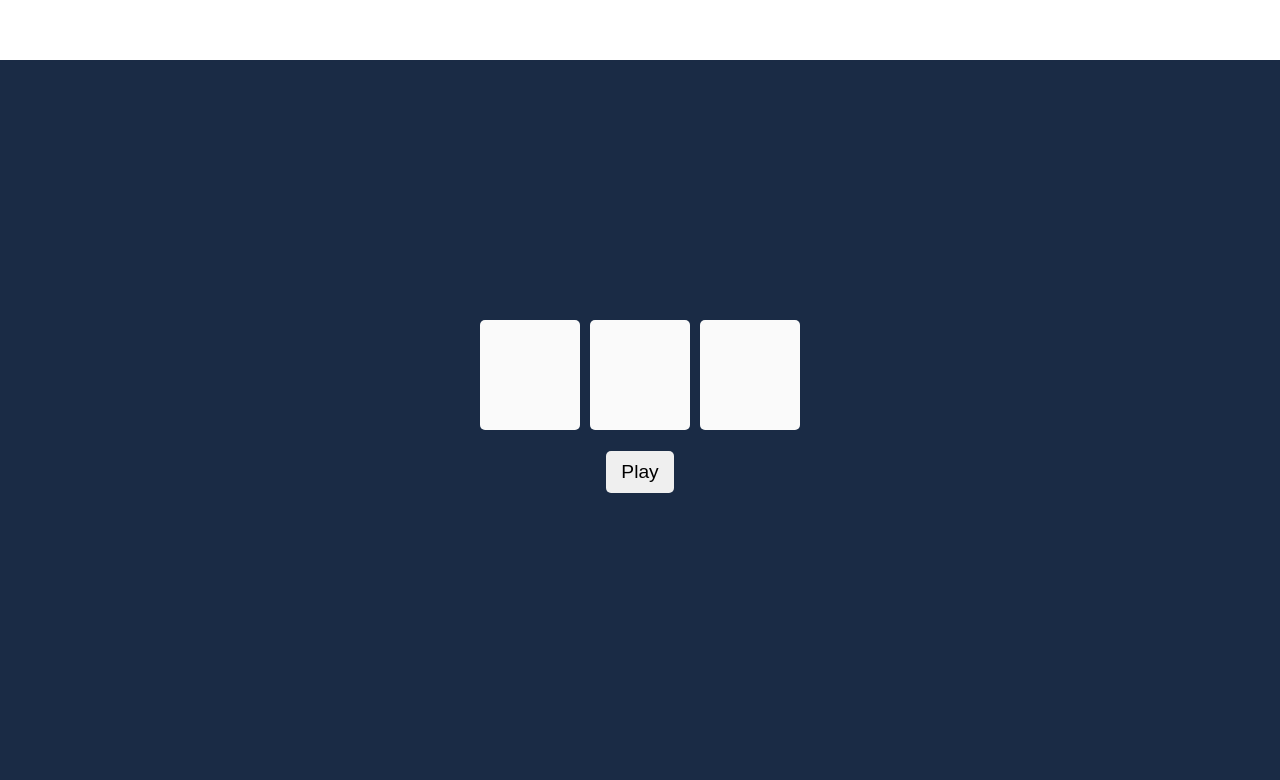
Repository: HERBOD7/slotmachine
Page: /
These files come from the project's save history. The page is drawn as it stood at one moment and after the next save; the edit follows.
The browser window is 1280 px wide. The pictures show the whole page.
The project was rebuilt for these pictures with package versions that can differ from the ones it lists, and the page was loaded fresh each time. Also part of the build but not shown: vue.config.js.

Above is the page before, as saved 2023-07-22 23:32:00.

After the next save:
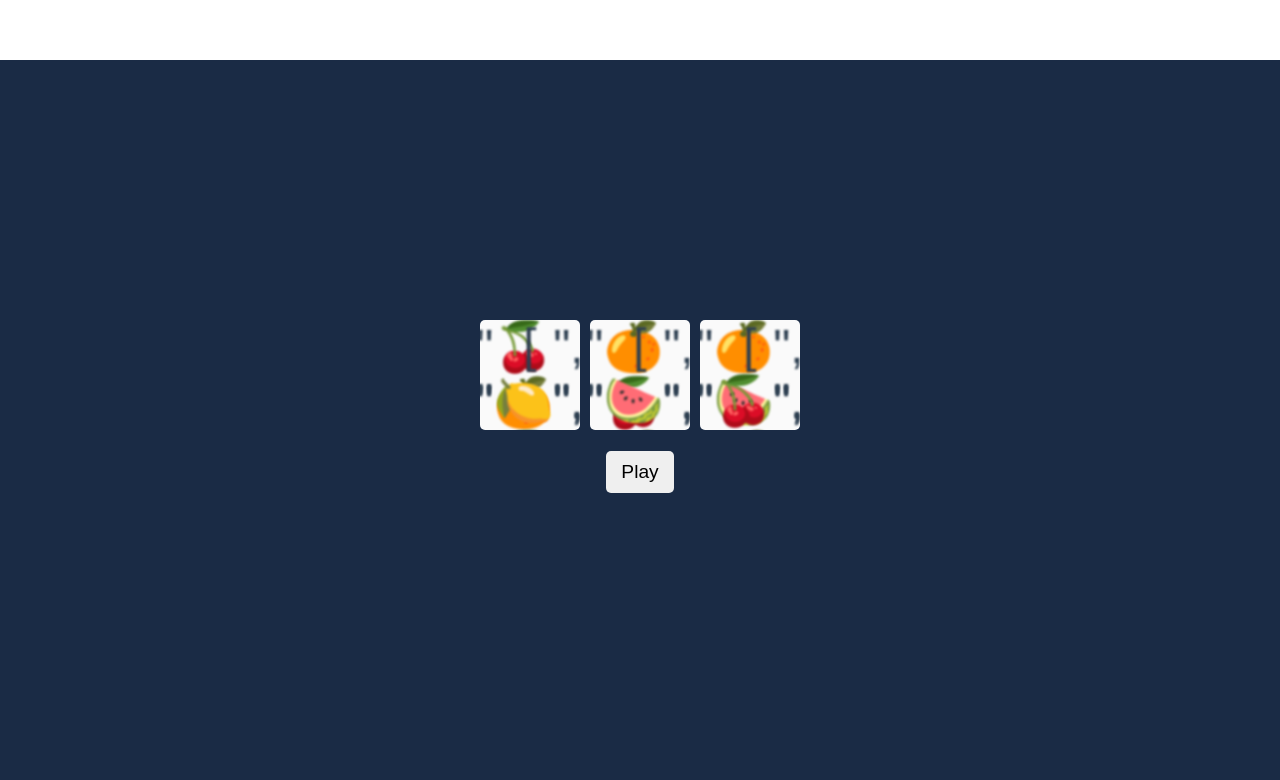
Saved 66 s later.
--- a/src/App.vue
+++ b/src/App.vue
@@ -55,7 +55,7 @@ export default {
       }
     },
     generate(arr) {
-      console.log(arr, "generate");
+      return this.shuffle(arr);
     },
     shuffle(array) {
       for (let i = array.length - 1; i > 0; i--) {
